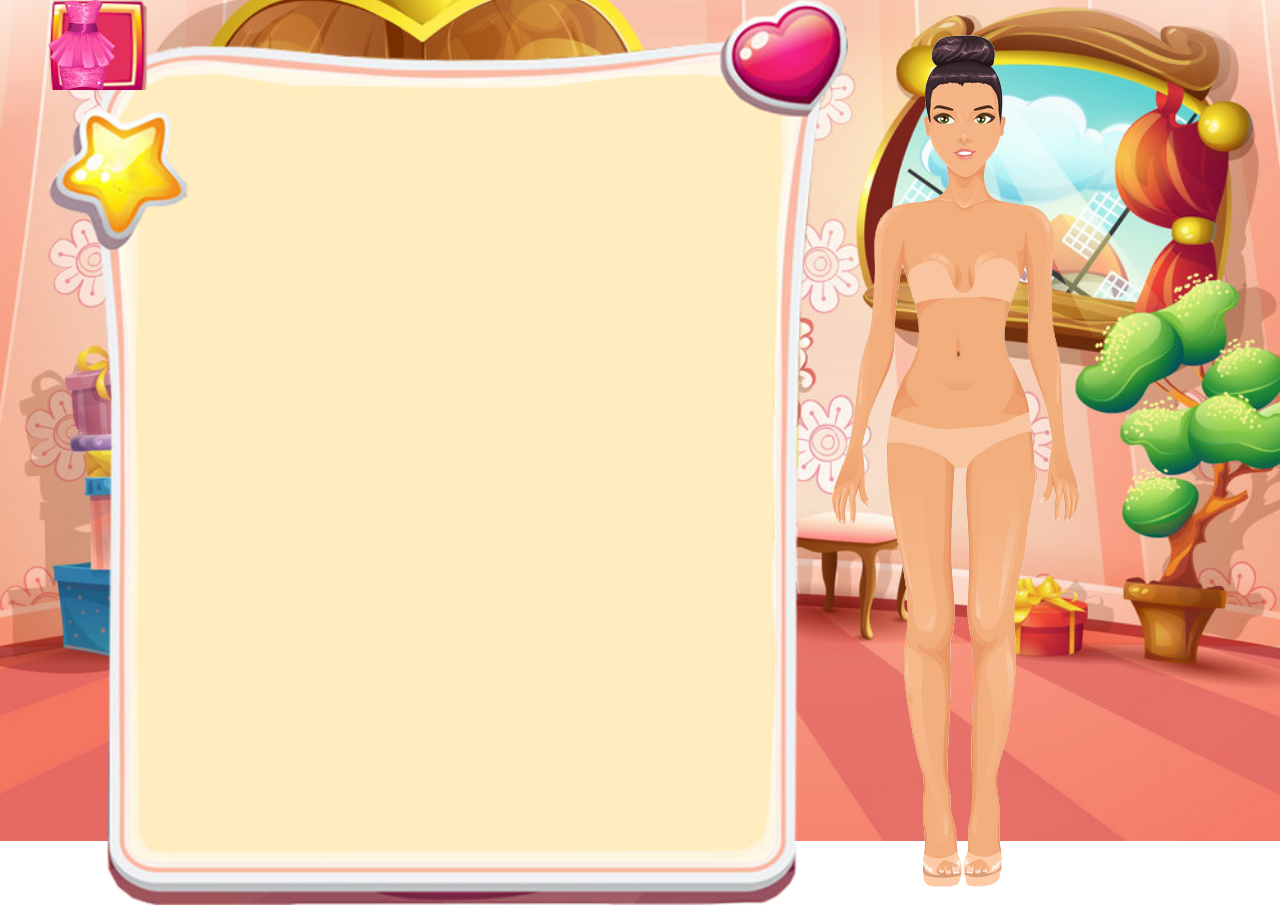
Repository: bunbubam/GameThayDoReactjs_NguyenKhacNghia
Page: /
The author's editor kept a copy of each file at every save. The page is drawn from the files as they stood at one save, then again after the next save.
The browser window is 1280 px wide. The pictures show the whole page.
The project was rebuilt for these pictures with package versions that can differ from the ones it lists, and the page was loaded fresh each time.

Above is the page before, as saved 2022-03-30 15:45:50.

### public/index.html
<!doctype html>
<html lang="en">
  <head>
    <title>GameThaydo</title>
    <!-- Required meta tags -->
    <meta charset="utf-8">
    <meta name="viewport" content="width=device-width, initial-scale=1, shrink-to-fit=no">

    <!-- Bootstrap CSS -->
    <link rel="stylesheet" href="https://stackpath.bootstrapcdn.com/bootstrap/4.3.1/css/bootstrap.min.css" integrity="sha384-ggOyR0iXCbMQv3Xipma34MD+dH/1fQ784/j6cY/iJTQUOhcWr7x9JvoRxT2MZw1T" crossorigin="anonymous">
  </head>
  <body>
    <div id="root"></div>
    <!-- Optional JavaScript -->
    <!-- jQuery first, then Popper.js, then Bootstrap JS -->
    <script src="https://code.jquery.com/jquery-3.3.1.slim.min.js" integrity="sha384-q8i/X+965DzO0rT7abK41JStQIAqVgRVzpbzo5smXKp4YfRvH+8abtTE1Pi6jizo" crossorigin="anonymous"></script>
    <script src="https://cdnjs.cloudflare.com/ajax/libs/popper.js/1.14.7/umd/popper.min.js" integrity="sha384-UO2eT0CpHqdSJQ6hJty5KVphtPhzWj9WO1clHTMGa3JDZwrnQq4sF86dIHNDz0W1" crossorigin="anonymous"></script>
    <script src="https://stackpath.bootstrapcdn.com/bootstrap/4.3.1/js/bootstrap.min.js" integrity="sha384-JjSmVgyd0p3pXB1rRibZUAYoIIy6OrQ6VrjIEaFf/nJGzIxFDsf4x0xIM+B07jRM" crossorigin="anonymous"></script>
  </body>
</html>

### src/App.js
import logo from './logo.svg';
import './App.css';
import Dress from './gamethaydo/dress';

function App() {
  return (
    <Dress></Dress>
  );
}

export default App;

### src/App.css
body {
    background: url(gamethaydo/images/dress-room.jpg) no-repeat;
    background-position: 50% 53%;
    background-size: cover;
}
.dress-main .row {height: 100vh;}
.girl img {
    position: absolute;
    bottom: 2%;
    left: 30%;
}
.clothing-box  .row{
    background: url(gamethaydo/images/box.png) no-repeat;
    background-position: 50% 50%;
    background-size: cover;
    width: 800px;
    height: 905px;
}
.clothing-item {
    position: absolute;
    top: 0;
    left: 0;
    background: url(gamethaydo/images/menu.png) no-repeat;
}
.clothing-item img {width: 30%;}

### src/gamethaydo/dress.js
import React, {Component} from 'react';
import Girl from './images/girl.png';
import Clothing1 from './images/trangphuc1.png';
import Clothing2 from './images/trangphuc2.png';
import Clothing3 from './images/trangphuc3.png';
import Clothing4 from './images/trangphuc4.png';
import Clothing5 from './images/trangphuc5.png';
import Clothing6 from './images/trangphuc6.png';
import Clothing7 from './images/trangphuc7.png';
import Clothing8 from './images/trangphuc8.png';
import Clothing9 from './images/trangphuc9.png';
import Clothing10 from './images/trangphuc10.png';

class Dress extends Component {
    state = {
        girl : Girl,
        clothing : Girl

    }
changeClothing = (imgs) => {
        return(
            this.setState({
                clothing : imgs
            })
        )
    }
    render() {
        return(
            <div className='container-fluid'>
                <div className='dress-main'>
                    <div className='row'>
                        <div className='col-12 col-xl-6 block-left'>
                            <div className='clothing-box position-relative ml-md-5'>
                                <div className='row'>
                                    <div className='col-12 col-xl-4'>
                                        <div className='clothing-item'>
                                            <img onClick={()=>this.changeClothing(Clothing1)} src={require('./images/trangphuc1.png')} className='img-fluid'/>
                                        </div>
                                    </div>
                                </div>
                            </div>
                        </div>
                        <div className='col-12 col-xl-6 block-right position-relative'>
                            <div className='girl'>
                                <img src={this.state.girl} className='img-fluid'/>
                                <img src={this.state.clothing} className='img-fluid'/>
                            </div>
                        </div>
                    </div>
                </div>
            </div>
        )
    };
}
export default Dress;

Loaded but not shown: src/index.js (common file); src/index.css (common file); src/reportWebVitals.js (common file)

After the next save:
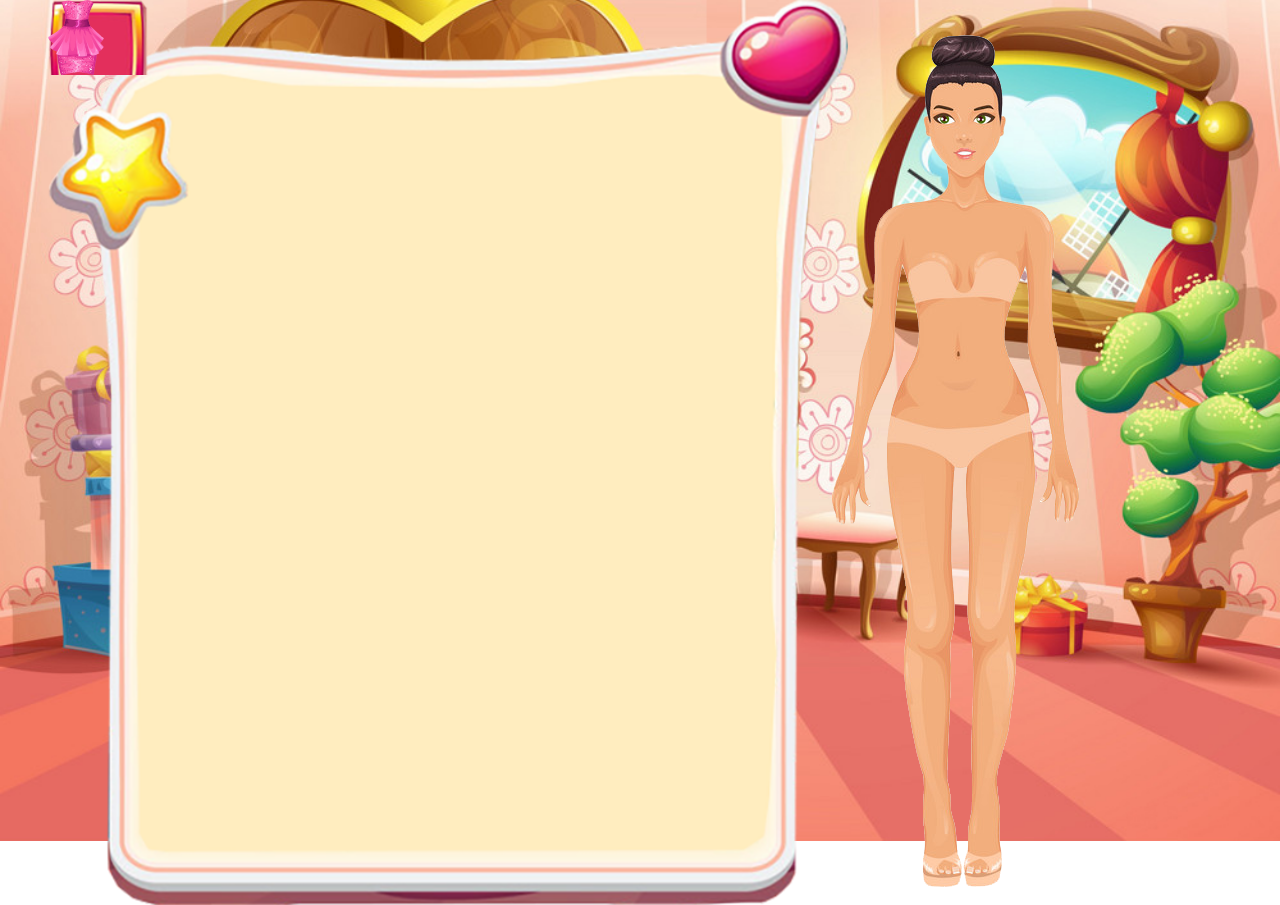
Saved 7 s later.
--- a/src/App.css
+++ b/src/App.css
@@ -22,4 +22,4 @@ body {
     left: 0;
     background: url(gamethaydo/images/menu.png) no-repeat;
 }
-.clothing-item img {width: 30%;}
+.clothing-item img {width: 25%;}
